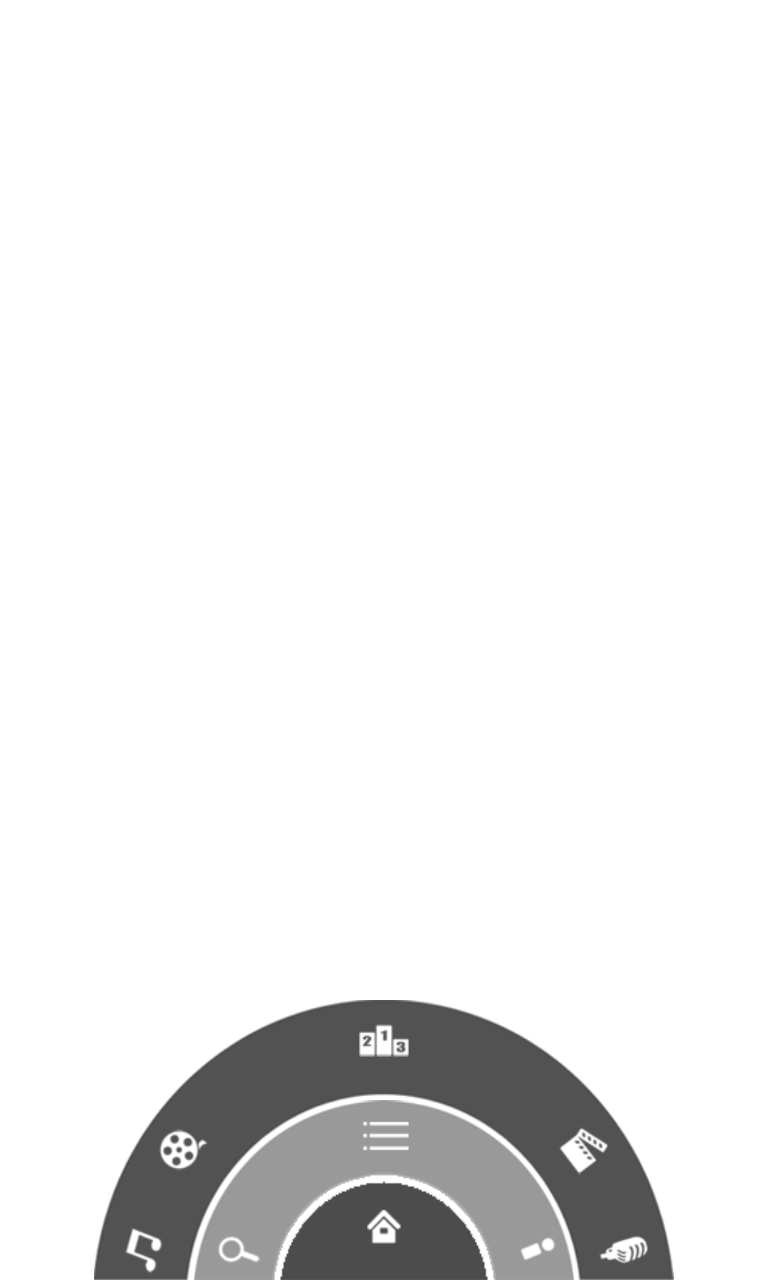
Repository: ASmouse/View
Layout: 02_UkuDemo14/res/layout/activity_main.xml
The author's editor kept a copy of each file at every save. The layout is drawn from the files as they stood at one save, then again after the next save.
It is drawn on a 768 x 1280 px phone screen (xhdpi) without system bars, with theme AppTheme; the app's code is not run.

Above is the layout before, as saved 2015-10-24 03:10:15.

After the next save:
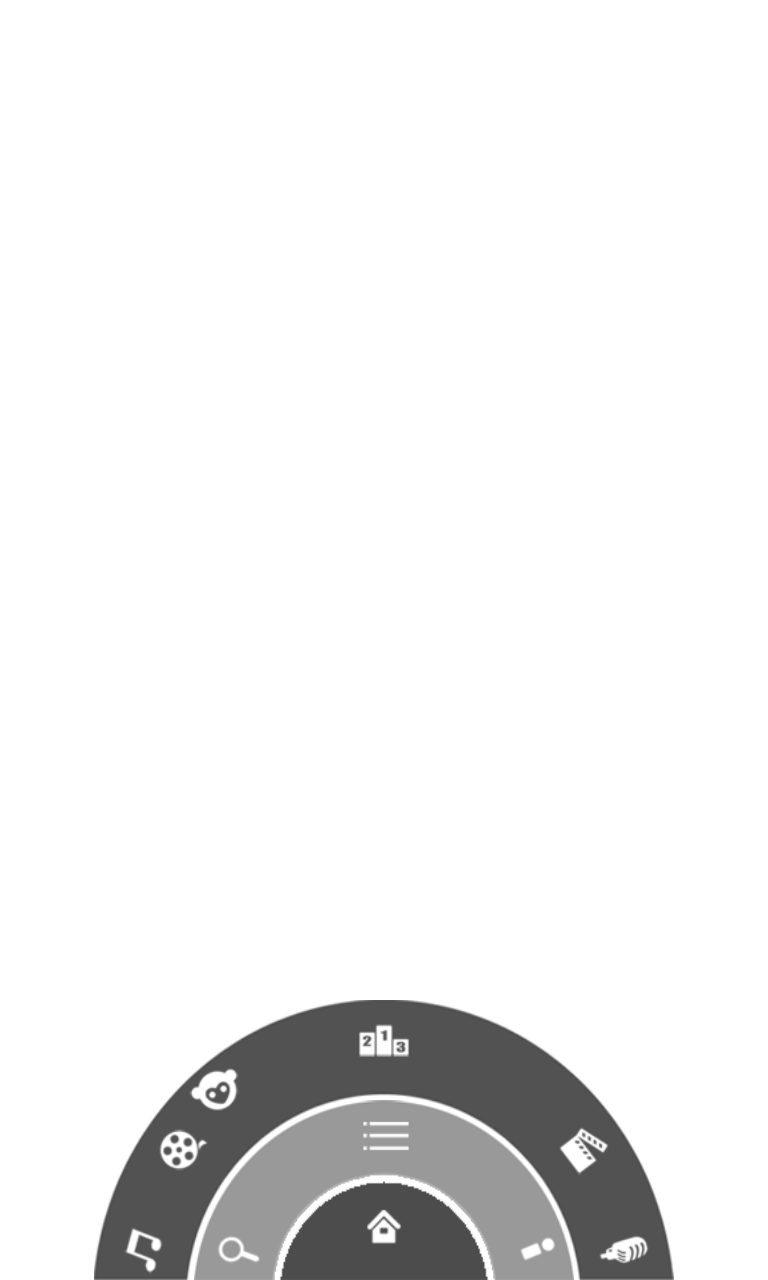
Saved 20 s later.
--- a/02_UkuDemo14/res/layout/activity_main.xml
+++ b/02_UkuDemo14/res/layout/activity_main.xml
@@ -131,6 +131,7 @@
          <!-- 第三个按钮 -->
 
         <ImageView
+            android:layout_marginLeft="45dip"
             android:layout_width="wrap_content"
             android:layout_height="wrap_content"
             android:layout_above="@id/channel2"
